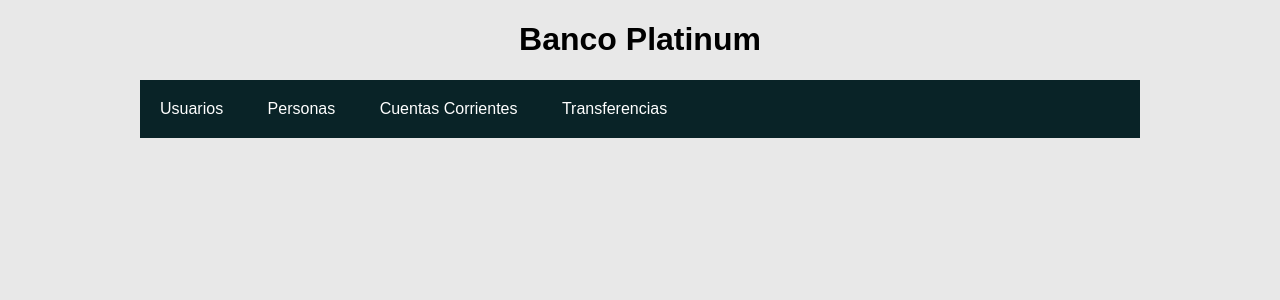
Repository: miguelalvarezcl/examen
Page: http://localhost/CtaCorriente/home.jsp
The author's editor kept a copy of each file at every save. The page is drawn from the files as they stood at one save, then again after the next save.
The browser window is 1280 px wide. The pictures show the whole page.
The page is served by Tomcat 9.

Above is the page before, as saved 2021-11-12 22:28:43.

After the next save:
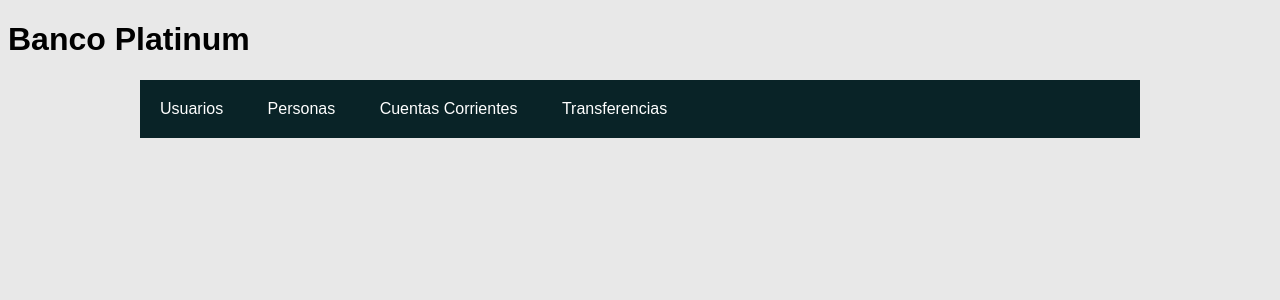
Saved 23 s later.
--- a/CtaCorriente/WebContent/home.jsp
+++ b/CtaCorriente/WebContent/home.jsp
@@ -7,7 +7,7 @@
 <title>:::... Banco Platinum ...:::</title>
 </head>
 <body>
-	<div style="text-align: center">
+	<div style="text-align: left">
 		<h1>Banco Platinum</h1>
 	</div>
 		<ul class="menu">
